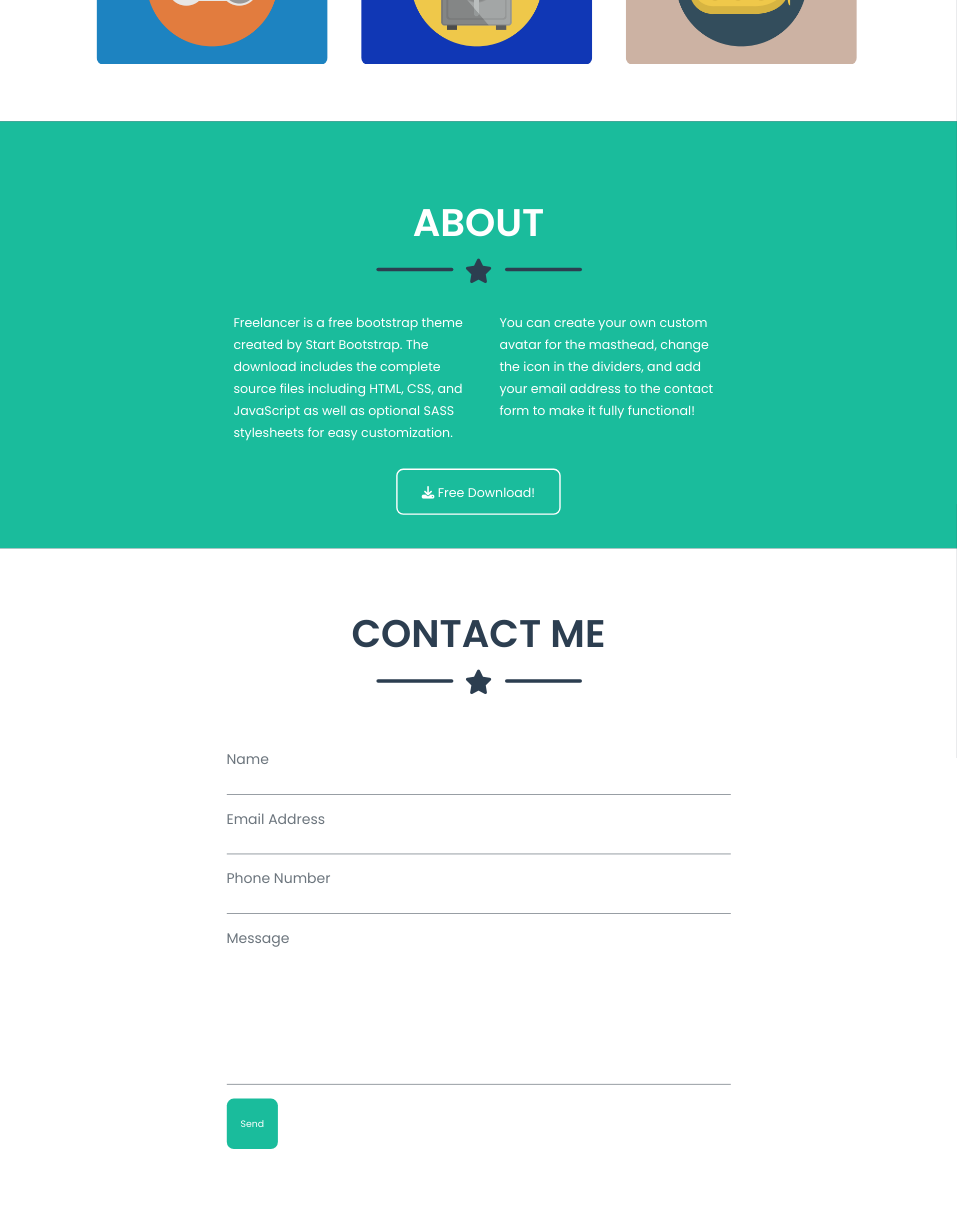
Repository: sSoRaK/web-cut-by-figma_train
Page: bai02/index.html
These files come from the project's save history. The page is drawn as it stood at one moment and after the next save; the edit follows.
The browser window is 1280 px wide. The page is 1367 px wide, so the pictures cover 1367 px, including what lies to the right of the window. The pictures show the part of the page from y = 1459 to 3219 px (the page is 3219 px tall), at 70% of full size.

Above is the page before, as saved 2023-06-02 14:45:20.

After the next save:
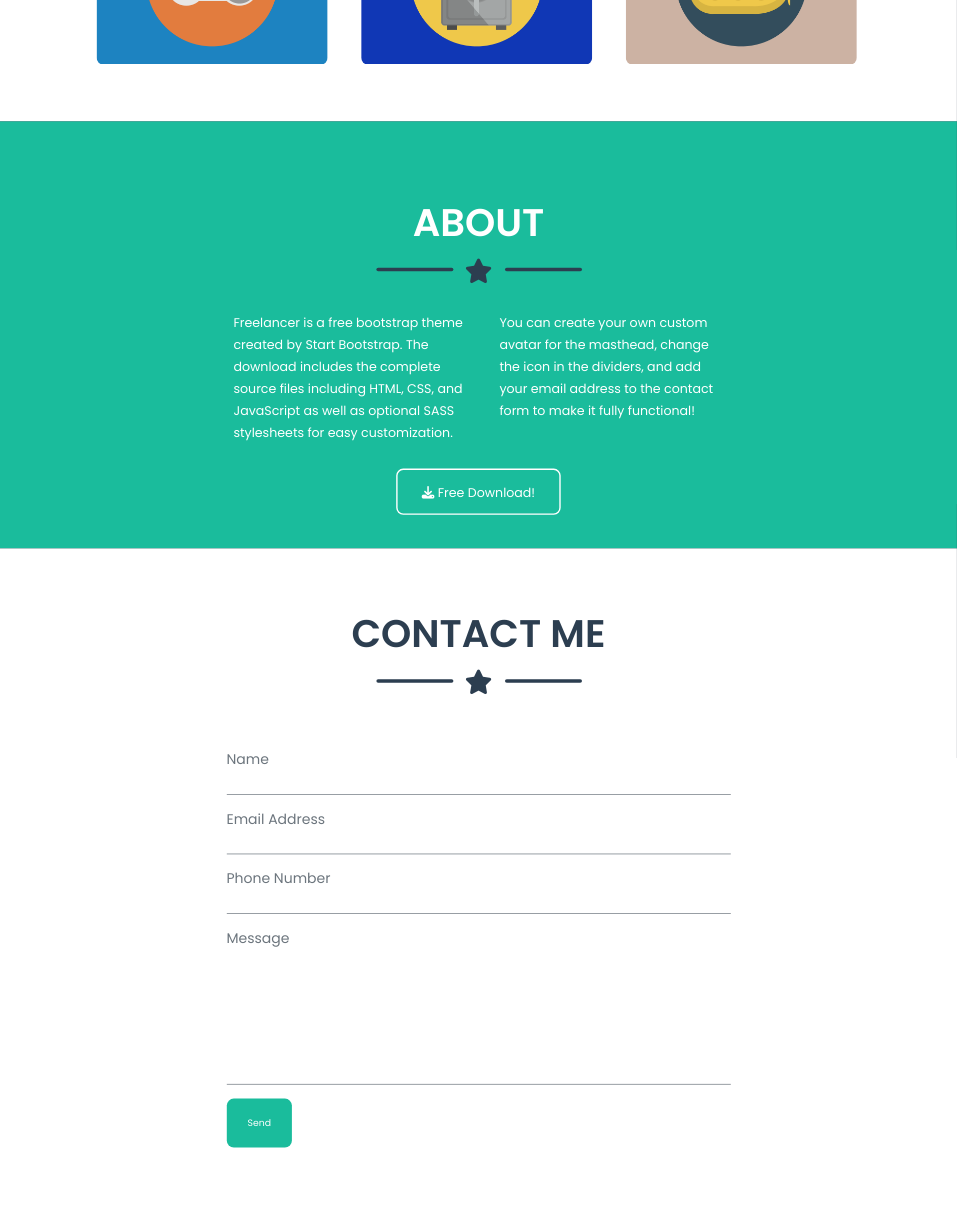
Saved 25 s later.
--- a/bai02/style.css
+++ b/bai02/style.css
@@ -210,7 +210,7 @@ ul li a {
   border: none;
   color: #fff;
   background-color: #1abc9c;
-  padding: 26px 20px;
+  padding: 25px 30px;
   border-radius: 10px;
 }
 /* block 04 */
